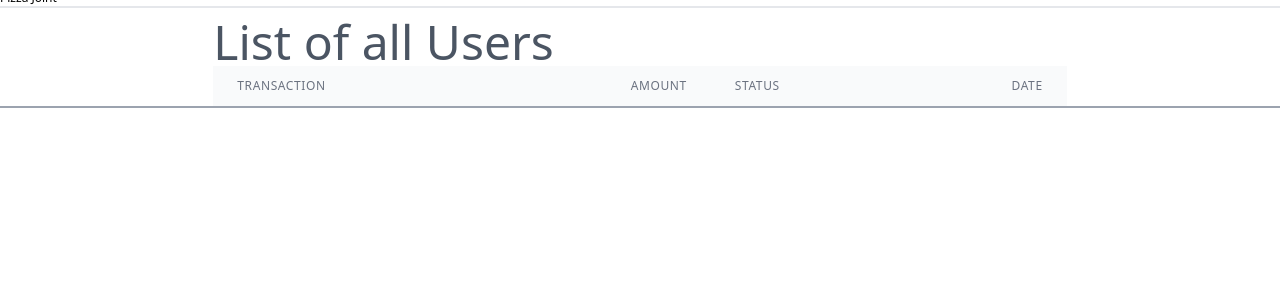
Repository: Marlstergo/listings
Page: / (app in client/)
The author's editor kept a copy of each file at every save. The page is drawn from the files as they stood at one save, then again after the next save.
The browser window is 1280 px wide. The pictures show the whole page.
The project was rebuilt for these pictures with package versions that can differ from the ones it lists, and the page was loaded fresh each time. Also part of the build but not shown: client/craco.config.js, client/src/components/Loader.js, client/src/components/Order.js, client/src/components/Modal.js. Imported but missing from the stored project, and not drawn on this page: client/src/components/Base, client/src/components/Toppings.

Above is the page before, as saved 2021-07-20 21:48:36.

### client/src/index.js
/* eslint-disable no-unused-vars */
import React from "react";
import ReactDOM from "react-dom";
import "./index.css";
import App from "./App";
import reportWebVitals from "./reportWebVitals";
import { BrowserRouter } from "react-router-dom";
import { Provider } from "react-redux";
import { store } from "./redux/store";
import { PersistGate } from "redux-persist/integration/react";
import { persistor } from "./redux/store";

ReactDOM.render(
  <React.StrictMode>
    <Provider store={store}>
      <BrowserRouter>
        <PersistGate persistor={persistor}>
          <App />
        </PersistGate>
      </BrowserRouter>
    </Provider>
  </React.StrictMode>,
  document.getElementById("root")
);

// If you want to start measuring performance in your app, pass a function
// to log results (for example: reportWebVitals(console.log))
// or send to an analytics endpoint. Learn more: https://bit.ly/CRA-vitals
reportWebVitals();

### client/src/App.js
import React, { useState } from 'react';
import { Route, Switch, useLocation } from "react-router-dom";
import Header from './components/Header';
import Home from './components/Home';
import Base from './components/Base';
import Toppings from './components/Toppings';
import Order from './components/Order';
import Modal from './components/Modal';
import { AnimatePresence } from 'framer-motion';

function App() {
  const location = useLocation();
  const showModal = true;

  return (
    <>
      <Header />
      {/* <Modal showModal={showModal} /> */}
      <AnimatePresence exitBeforeEnter>
        <Switch location={location} key={location.key}>
          <Route path="/">
            <Home />
          </Route>
          <Route path="/createUpdateUser">
            <Toppings />
          </Route>
          <Route path="/order">
            <Order />
          </Route>
          <Route path="/">
            <Home />
          </Route>
        </Switch>
      </AnimatePresence>

    </>
  );
}

export default App;

### client/src/redux/store.js
import { createStore, applyMiddleware } from "redux";
import { logger } from 'redux-logger';
import {persistStore} from 'redux-persist';
// import thunk from 'redux-thunk'
import createSagaMiddleware from 'redux-saga'

import rootSaga from './root-sagas'

import rootReducer from './root-reducer';

const sagaMiddleware = createSagaMiddleware()

const middleware = [sagaMiddleware];

if( process.env.NODE_ENV === 'development'){
    middleware.push(logger)
}

export const store = createStore(rootReducer, applyMiddleware(...middleware))

sagaMiddleware.run(rootSaga)

export const persistor = persistStore(store)

export default (store, persistor);

### client/src/components/Header.js
import React from 'react';
import { motion } from 'framer-motion';

const svgVariants = {
  hidden: { rotate: -180 },
  visible: {
    rotate: 0,
    transition: { duration : 1 }
  },
}

const pathVariants = {
  hidden: {
    opacity: 0,
    pathLength: 0,
  },
  visible: {
    opacity: 1,
    pathLength: 1,
    transition: {
      duration: 2,
      ease: "easeInOut",
    }
  }
};


const Header = () => {
  return (
    <header className='flex p-[40px] items-center'>
      <motion.div className="logo"
        drag
        dragConstraints={{ left: 0, top: 0, right: 0, bottom: 0 }}
        dragElastic={0.7}
      >
        <motion.svg className="w-[80px] overflow-visible" xmlns="http://www.w3.org/2000/svg" viewBox="0 0 100 100"
          variants={svgVariants}
          initial="hidden"
          animate="visible"
        >
          <motion.path
            fill="none"
            d="M40 40 L80 40 C80 40 80 80 40 80 C40 80 0 80 0 40 C0 40 0 0 40 0Z"
            variants={pathVariants}
          />
          <motion.path
            fill="none"
            d="M50 30 L50 -10 C50 -10 90 -10 90 30 Z"
            variants={pathVariants}
          />
        </motion.svg>
      </motion.div>
      <motion.div className=" flex-grow ml-[20px] text-xs"
        initial={{ y: -250}}
        animate={{ y: -10 }}
        transition={{ delay: 0.2, type: 'spring', stiffness: 120 }}
      >
        <h1 className="border-b-2 pb-[10px]">Pizza Joint</h1>
      </motion.div>
    </header>
  )
}

export default Header;

### client/src/components/Home.js
import React from "react";
import { Link } from "react-router-dom";
import { motion } from "framer-motion";
import Loader from "./Loader";

const buttonVariants = {
  hover: {
    scale: 1.1,
    textShadow: "0px 0px 8px rgb(255,255,255)",
    boxShadow: "0px 0px 8px rgb(255,255,255)",
    transition: {
      duration: 0.3,
      yoyo: 5,
    },
  },
};

const containerVariants = {
  hidden: {
    opacity: 0,
  },
  visible: {
    opacity: 1,
    transition: { delay: 1.5, duration: 1.5 },
  },
  exit: {
    x: "-100vh",
    transition: { ease: "easeInOut" },
  },
};

const Home = () => {
  return (
    <motion.div
      className="  pb-[10px] mb-[10px] border-b-2 border-gray-400 flex flex-col items-center"
      variants={containerVariants}
      initial="hidden"
      animate="visible"
      exit="exit"
    >
      <div className="w-2/3 ">
        <h2 className="text-5xl text-gray-600">List of all Users</h2>
        <table className="min-w-full divide-y divide-gray-200">
          <thead>
            <tr>
              <th className="px-6 py-3 bg-gray-50 text-left text-xs font-medium text-gray-500 uppercase tracking-wider">
                Transaction
              </th>
              <th className="px-6 py-3 bg-gray-50 text-right text-xs font-medium text-gray-500 uppercase tracking-wider">
                Amount
              </th>
              <th className="hidden px-6 py-3 bg-gray-50 text-left text-xs font-medium text-gray-500 uppercase tracking-wider md:block">
                Status
              </th>
              <th className="px-6 py-3 bg-gray-50 text-right text-xs font-medium text-gray-500 uppercase tracking-wider">
                Date
              </th>
            </tr>
          </thead>
        </table>
      </div>
    </motion.div>
  );
};

export default Home;

### client/src/redux/root-sagas.js
import {all, call} from 'redux-saga/effects'
import {userSagas} from './user/user.sagas'


export default function* rootSaga(){
    yield all([
        call(userSagas),
    ])
}

### client/src/redux/root-reducer.js
import {combineReducers} from 'redux'
import userReducer from './user/user.reducer'
// import cartReducer from './cart/cart.reducer'
import {persistReducer} from 'redux-persist'
import storage from 'redux-persist/lib/storage'
// import directoryReducer from './directory/directory.reducer'
// import shopReducer from './shop/shop.reducer'

const persistConfig ={
    key: 'root',
    storage,
    whitelist: ['' ]
}
const rootReducer = combineReducers({
    user: userReducer,

})
export default persistReducer(persistConfig, rootReducer)

### client/src/redux/user/user.sagas.js
import { all, call, put, takeLatest } from "redux-saga/effects";

import UserActionTypes from "./user.types";
import { loadUserDetail } from "./user.action";
// import axios from "axios";
// import { getUserDetailsURL } from "../../components/stringConstants";

export function* getDetails() {
  yield console.log("i fired");

  // try {
  //   console.log("inside try");

  //   const res = yield axios.get(getUserDetailsURL);
  //   const data = yield res.data;
  //   console.log(res);
  //   yield put(loadUserDetail(data ? data.data[0] : {}));
  // } catch (err) {
  //   console.log(err.response);
  //   if (err.response && err.response.statusText === "Not Found") {
  //     // console.log("");
  //     window.location.href = "/profile/settings?newUser=0837";
  //   }
  // }
}

export function* getUserDetails() {
  yield takeLatest(UserActionTypes.GET_USER_DETAIL, getDetails);
}
// export function* loadUserDetails(){
//     yield takeLatest(UserActionTypes.LOAD_USER_DETAIL, loadDetails)
// }

export function* userSagas() {
  yield all([call(getUserDetails)]);
}

### client/src/redux/user/user.reducer.js
import UserActionTypes from "./user.types";
const INITIAL_STATE = {
  // currentUser: null,
  userDetail: {},
  demo: 'i am demo',
  location: null

};
const userReducer = (state = INITIAL_STATE, action) => {
  switch (action.type) {

    case UserActionTypes.LOAD_USER_DETAIL:
      return {
        ...state,
        userDetail: action.payload,
      };

    case UserActionTypes.COLLECT_GEOLOCATION:
      return {
        ...state,
        location: action.payload
      }
    default:
      return state;
  }
};

export default userReducer;

### client/src/redux/user/user.types.js
const UserActionTypes ={
    GOOGLE_SIGN_IN_START : 'GOOGLE_SIGN_IN_START',
    SIGN_IN_SUCCESS : 'SIGN_IN_SUCCESS',
    SIGN_IN_FAILURE : 'SIGN_IN_FAILURE',
    GET_USER_DETAIL: 'GET_USER_DETAIL',
    LOAD_USER_DETAIL: 'LOAD_USER_DETAIL',
    COLLECT_GEOLOCATION: 'COLLECT_GEOLOCATION',
    FETCH_GEOLOCATION: 'FETCH_GEOLOCATION'
}
export default UserActionTypes;

### client/src/redux/user/user.action.js
import UserActionTypes from './user.types'



// export const googleSignInStart = () => ({
//     type: UserActionTypes.GOOGLE_SIGN_IN_START
// })

// export const signInSuccess = (user) => ({
//     type: UserActionTypes.SIGN_IN_SUCCESS,
//     payload: user
// })

export const getUserDetail = () => ({
    type: UserActionTypes.GET_USER_DETAIL,

})
export const loadUserDetail = (details) => ({
    type: UserActionTypes.LOAD_USER_DETAIL,
    payload: details
})

export const fetchGeoloction = () => ({
    type: UserActionTypes.FETCH_GEOLOCATION
})
export const collectGeolocation = (location) => ({
    type: UserActionTypes.COLLECT_GEOLOCATION,
    payload: location
})
// })

### client/tailwind.config.js
  // tailwind.config.js
  module.exports = {
    // purge: [],
    purge: ['./src/**/*.{js,jsx,ts,tsx}', './public/index.html'],
     darkMode: false, // or 'media' or 'class'
     theme: {
       extend: {},
     },
     variants: {
       extend: {},
     },
     plugins: [],
   }

Loaded but not shown: client/public/index.html (common file); client/src/index.css (common file); client/src/reportWebVitals.js (common file)

After the next save:
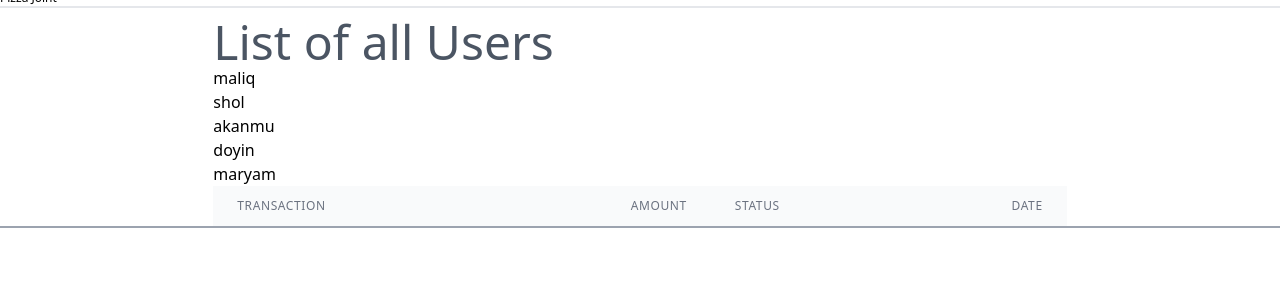
Saved 3 min 34 s later.
--- a/client/src/components/Home.js
+++ b/client/src/components/Home.js
@@ -28,7 +28,7 @@ const containerVariants = {
     transition: { ease: "easeInOut" },
   },
 };
-
+const users = ["maliq", "shol", "akanmu", "doyin", "maryam"];
 const Home = () => {
   return (
     <motion.div
@@ -40,6 +40,14 @@ const Home = () => {
     >
       <div className="w-2/3 ">
         <h2 className="text-5xl text-gray-600">List of all Users</h2>
+        <ol>
+          {users.map(
+            (user) => (
+              <li>{user}</li>
+            )
+          )}
+
+        </ol>
         <table className="min-w-full divide-y divide-gray-200">
           <thead>
             <tr>
